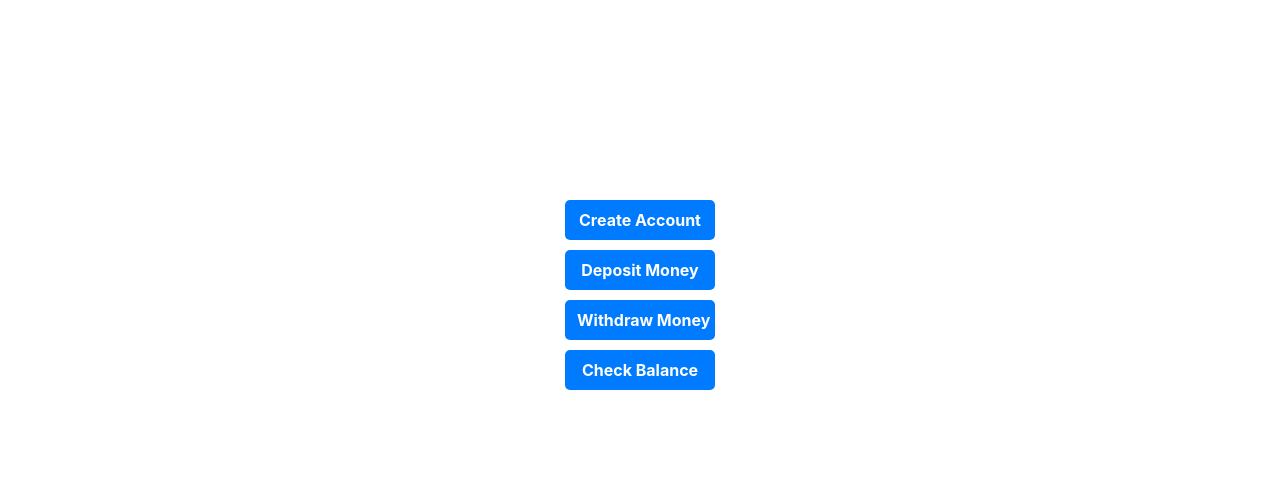
Repository: Surajkande2001/IGTSolution
Page: WebJSPProject1/src/main/webapp/Index.html
These files come from the project's save history. The page is drawn as it stood at one moment and after the next save; the edit follows.
The browser window is 1280 px wide. The pictures show the whole page.

Above is the page before, as saved 2023-07-02 16:23:43.
Console error: TypeError: Cannot read properties of undefined (reading 'fn')

### WebJSPProject1/src/main/webapp/Index.html
<!DOCTYPE html>
<html>

<head>
	<meta charset="ISO-8859-1">
	<title>Welcome To Phone Pay</title>
	<style>
		body {
			background-color: pink;
			font-family: Arial, sans-serif;
			margin: 0;
			padding: 0;
		}

		.container {
			text-align: center;
			margin-top: 200px;
		}

		.container form {
			margin-bottom: 10px;
		}

		.container input[type="submit"] {
			width: 150px;
			height: 40px;
			border-radius: 5px;
			border: none;
			background-color: #007bff;
			color: #ffffff;
			font-weight: bold;
			cursor: pointer;
		}

		.container input[type="submit"]:hover {
			background-color: #0056b3;
		}
	</style>
	<link rel="stylesheet" href="https://maxcdn.bootstrapcdn.com/bootstrap/4.0.0/css/bootstrap.min.css">
</head>

<body>

	<div class="container">
		<form action="Create.html">
			<input type="submit" value="Create Account" class="btn btn-primary">
		</form>

		<form action="Deposit.html">
			<input type="submit" value="Deposit Money" class="btn btn-primary">
		</form>

		<form action="Withdraw.html">
			<input type="submit" value="Withdraw Money" class="btn btn-primary">
		</form>

		<form action="Check.html">
				<input type="submit" value="Check Balance" class="btn btn-primary">
		</form>
	</div>

	<script src="https://maxcdn.bootstrapcdn.com/bootstrap/4.0.0/js/bootstrap.min.js"></script>
</body>

</html>

After the next save:
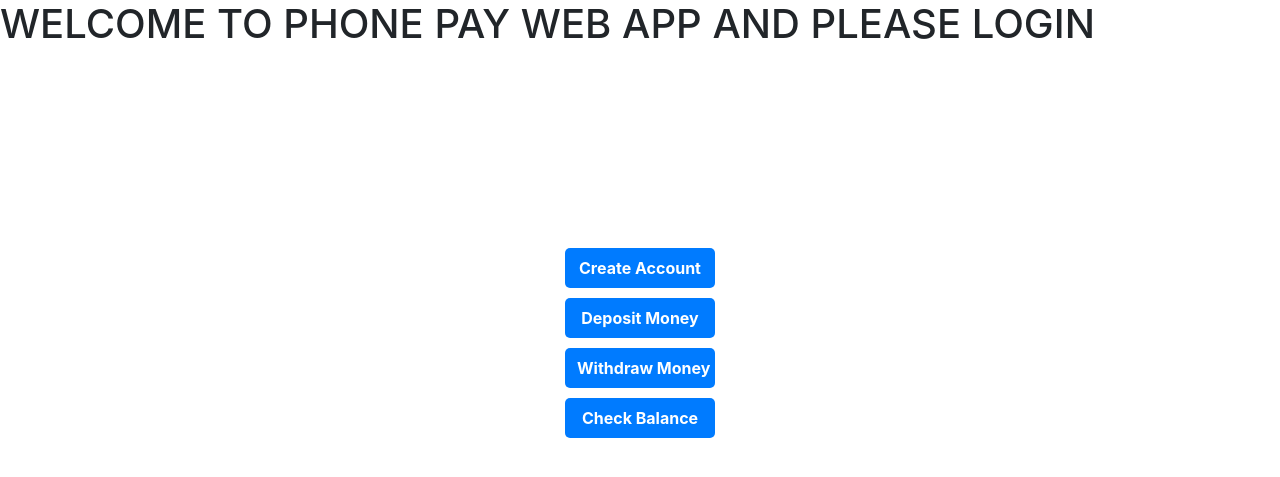
Saved 108 s later.
--- a/WebJSPProject1/src/main/webapp/Index.html
+++ b/WebJSPProject1/src/main/webapp/Index.html
@@ -2,6 +2,7 @@
 <html>
 
 <head>
+    <h1> WELCOME TO PHONE PAY WEB APP AND PLEASE LOGIN </h1>
 	<meta charset="ISO-8859-1">
 	<title>Welcome To Phone Pay</title>
 	<style>
